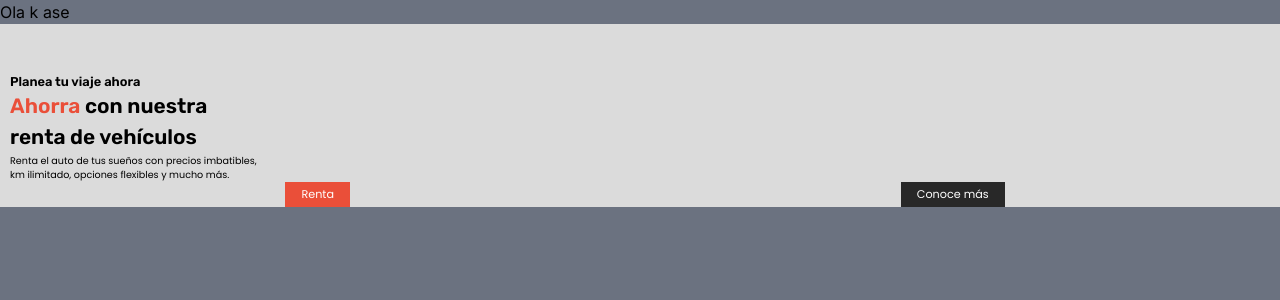
Repository: aldovelacasas/PF_RentCar2
Page: /homePage
These files come from the project's save history. The page is drawn as it stood at one moment and after the next save; the edit follows.
The browser window is 1280 px wide. The pictures show the whole page.
The project was rebuilt for these pictures with package versions that can differ from the ones it lists, and the page was loaded fresh each time. The framework's server and built-in components were replaced by stand-ins that run in the browser. Also part of the build but not shown: next.config.js.

Above is the page before, as saved 2023-08-29 19:15:45.

### src/app/layout.jsx
import "./globals.css";
import { Inter } from "next/font/google";

const inter = Inter({ subsets: ["latin"] });

export const metadata = {
  title: "Create Next App",
  description: "Generated by create next app",
};

export default function RootLayout({ children }) {
  return (
    <html lang="en">
      <body className={inter.className}>
        <h1>Ola k ase</h1>
        <div className="h-[calc(100vh-5rem)]">{children}</div>
      </body>
    </html>
  );
}

### src/app/homePage/page.jsx
import { Rubik, Poppins } from "next/font/google";

const fontRubik = Rubik({
  weight: "600",
  subsets: ["latin"],
});

const fontPoppins = Poppins({
  weight: "400",
  subsets: ["latin"],
});
const poppins = fontPoppins.className;
const rubik = fontRubik.className;

function HomePage() {
  return (
    <div className={`bg-gris_fondo ${rubik} space-y-0 space-x-2.5`}>
      <p className={`pt-12 ml-2.5 text-[0.8em]`}>Planea tu viaje ahora</p>
      <p className="text-[1.3em] mb-0 pb-0">
        <span className="text-naranja_enf mb-0 pb-0">Ahorra </span>
        con nuestra
      </p>
      <p className="text-[1.3em] mt-0 pt-0">renta de vehículos</p>
      <div>
        <p className={`${poppins} text-[0.6em]`}>
          Renta el auto de tus sueños con precios imbatibles,
        </p>
        <p className={`${poppins} text-[0.6em]`}>
          km ilimitado, opciones flexibles y mucho más.
        </p>
        <div className="flex place-content-around">
          <a
            href="#form"
            className={`bg-naranja_enf text-white text-[0.7em] px-4 py-1 ${poppins}`}>
            Renta
          </a>
          <a
            href="#form"
            className={`bg-negro_fondo text-white text-[0.7em] px-4 py-1 ${poppins}`}>
            Conoce más
          </a>
        </div>
      </div>
    </div>
  );
}

export default HomePage;

### src/app/globals.css
@tailwind base;
@tailwind components;
@tailwind utilities;

body {
   @apply bg-gray-500; /* Fondo más claro */
   color: gray-800; /* Texto oscuro */
}

### tailwind.config.js
/** @type {import('tailwindcss').Config} */
module.exports = {
  content: [
    "./src/pages/**/*.{js,ts,jsx,tsx,mdx}",
    "./src/components/**/*.{js,ts,jsx,tsx,mdx}",
    "./src/app/**/*.{js,ts,jsx,tsx,mdx}",
  ],
  theme: {
    extend: {
      backgroundImage: {
        "gradient-radial": "radial-gradient(var(--tw-gradient-stops))",
        "gradient-conic":
          "conic-gradient(from 180deg at 50% 50%, var(--tw-gradient-stops))",
      },
      colors: {
        gris_fondo: "#dbdbdb",
        gris_frente: "#e9e9e9",
        negro_fondo: "#282828",
        naranja_enf: "#ea4f39",
        rojo_status: "#e30613",
        verde_status: "#4aaf4d",
        amarillo_status: "#f0e400",
      },
    },
  },
  plugins: [],
};

After the next save:
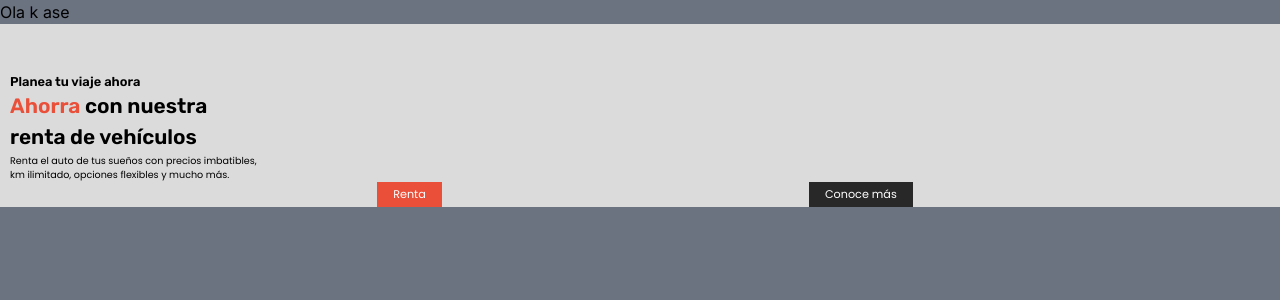
Saved 35 s later.
--- a/src/app/homePage/page.jsx
+++ b/src/app/homePage/page.jsx
@@ -28,7 +28,7 @@ function HomePage() {
         <p className={`${poppins} text-[0.6em]`}>
           km ilimitado, opciones flexibles y mucho más.
         </p>
-        <div className="flex place-content-around">
+        <div className="flex place-content-evenly">
           <a
             href="#form"
             className={`bg-naranja_enf text-white text-[0.7em] px-4 py-1 ${poppins}`}>
